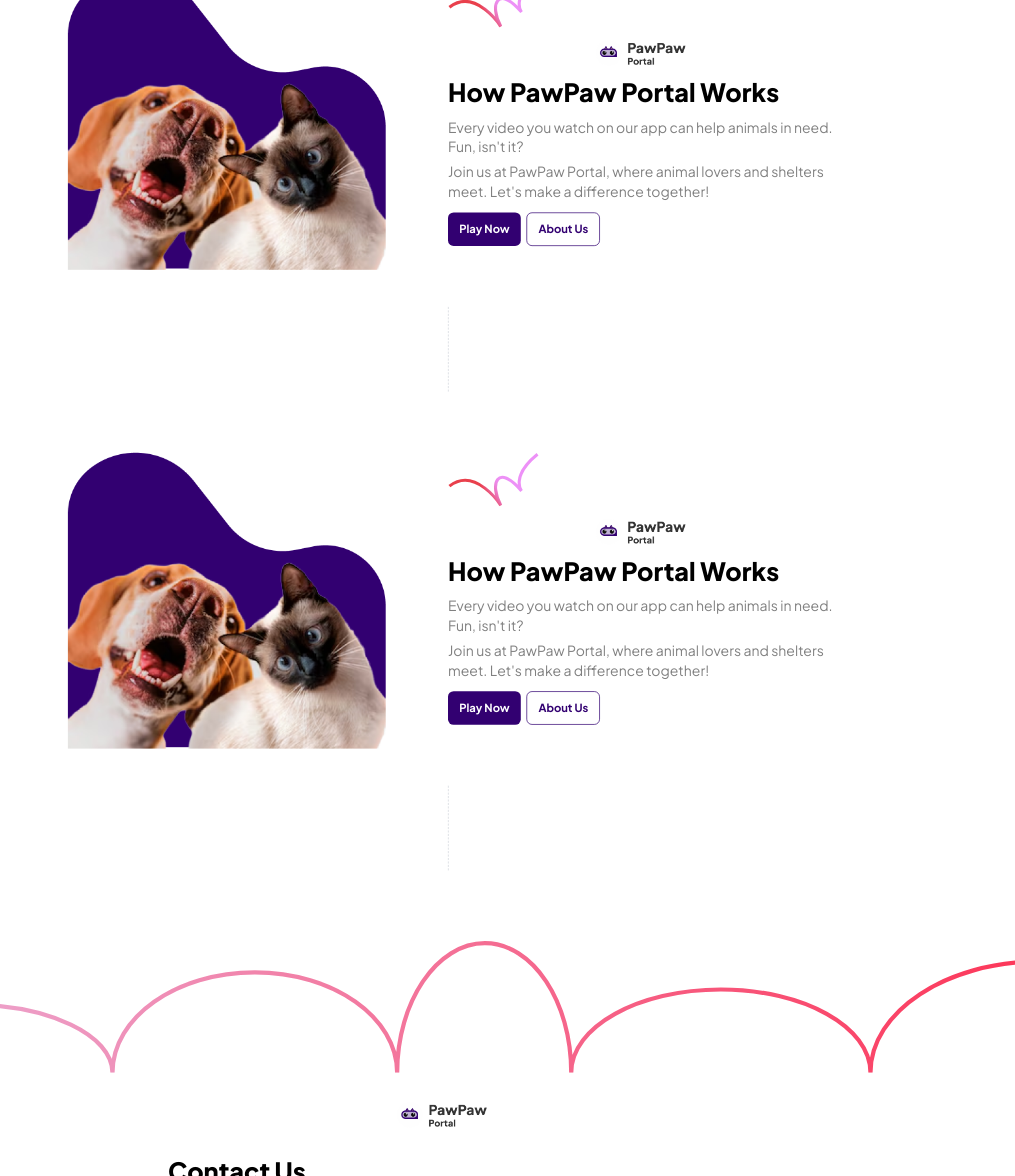
Repository: paskasiregar/pawpawwebsite
Page: /
These files come from the project's save history. The page is drawn as it stood at one moment and after the next save; the edit follows.
The browser window is 1280 px wide. The page is 1450 px wide, so the pictures cover 1450 px, including what lies to the right of the window. The pictures show the part of the page from y = 1139 to 2819 px (the page is 3877 px tall), at 70% of full size.
The project was rebuilt for these pictures with package versions that can differ from the ones it lists, and the page was loaded fresh each time. The framework's server and built-in components were replaced by stand-ins that run in the browser. Also part of the build but not shown: next.config.js, next.config.mjs.

Above is the page before, as saved 2024-09-06 11:01:42.

After the next save:
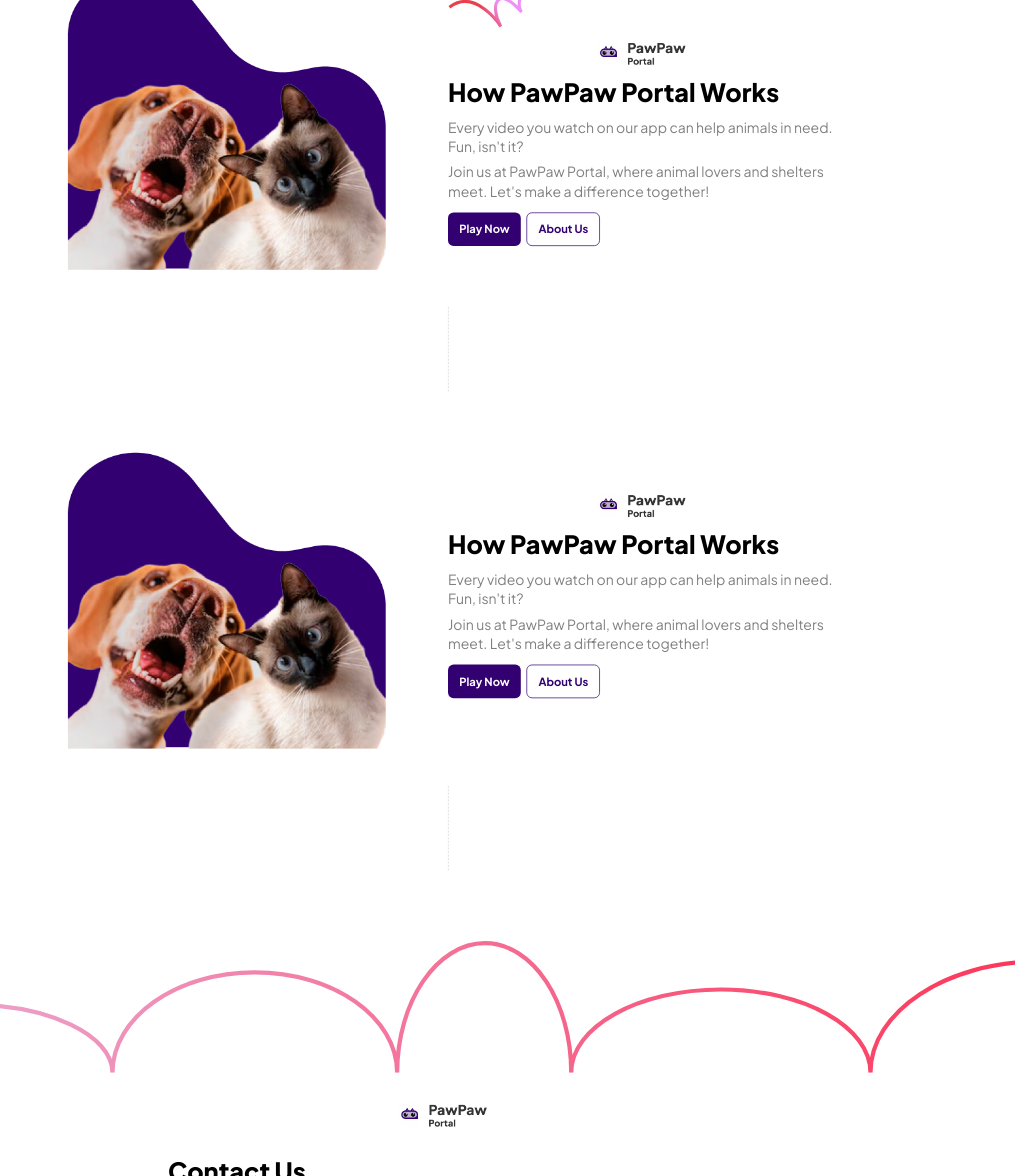
Saved 38 s later.
--- a/src/app/page.js
+++ b/src/app/page.js
@@ -139,47 +139,11 @@ export default async function Home() {
             </div>
 
             <div
-              id="how-it-works"
+              id="team"
               className="flex-1 flex flex-col items-center md:items-start justify-center gap-4 z-[1] p-4 md:p-8"
             >
               <div className="space-y-4">
-                <div className="flex justify-center md:justify-start">
-                  <svg
-                    width="130"
-                    height="77"
-                    viewBox="0 0 130 77"
-                    fill="none"
-                    xmlns="http://www.w3.org/2000/svg"
-                  >
-                    <path
-                      d="M2.04016 48.038C39.1938 19.0059 75.4362 75.5193 75.4362 75.5193C58.6481 44.4597 70.5515 14.7701 105.05 54.8444C105.05 54.8444 88.8644 34.0647 127.885 2.52962"
-                      stroke="url(#paint0_linear_545_35744)"
-                      strokeWidth="4.42591"
-                      strokeMiterlimit="10"
-                      strokeLinejoin="bevel"
-                    />
-                    <defs>
-                      <linearGradient
-                        id="paint0_linear_545_35744"
-                        x1="19.971"
-                        y1="73.8863"
-                        x2="126.116"
-                        y2="-0.218346"
-                        gradientUnits="userSpaceOnUse"
-                      >
-                        <stop offset="0.2868" stopColor="#E9404C" />
-                        <stop offset="0.2967" stopColor="#EA475C" />
-                        <stop offset="0.3252" stopColor="#EB5B85" />
-                        <stop offset="0.3554" stopColor="#EB6CA8" />
-                        <stop offset="0.3871" stopColor="#EC79C5" />
-                        <stop offset="0.4209" stopColor="#EC84DB" />
-                        <stop offset="0.4577" stopColor="#ED8BEB" />
-                        <stop offset="0.4998" stopColor="#ED90F4" />
-                        <stop offset="0.5589" stopColor="#ED91F7" />
-                      </linearGradient>
-                    </defs>
-                  </svg>
-                </div>
+                <div className="flex justify-center md:justify-start"></div>
                 <div className="hidden md:flex items-center justify-center">
                   <Image
                     className="w-36 h-10 object-cover"
